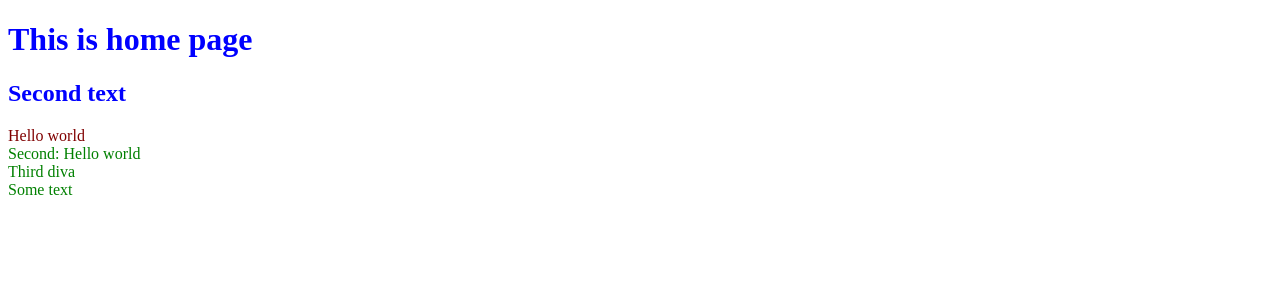
Repository: Vincerenko/Web-site
Page: http://localhost/index
An editor plug-in stored every save of this project. The page is shown before and after the next save, followed by the edit.
The browser window is 1280 px wide. The pictures show the whole page.
The page is this project's Thymeleaf template; nobody is signed in. The template is opened directly, without the code that normally fills it, so the values that code supplies are empty.

Above is the page before, as saved 2021-03-12 18:30:25.

### ckj_13_mvc/src/main/resources/templates/index.html
<!DOCTYPE html>
<html>
<head>
<meta charset="UTF-8">
<title>Home page</title>
</head>
	<style>
h1,h2 {
	color: blue;
	}
#first {
color:maroon;
}

.green_text{
 	color:green;
}
.big_text{
font-size: 30px;
}
	</style>
<body>
	<div>
		<h1>This is home page</h1>
		<h2>Second text</h2>
		<div id="first">Hello world</div>
		<div class="green_text" "big_text">Second: Hello world</div>
		<div class="green_text">Third diva</div>
		<span class="green_text">Some text</span>
	</div>
</body>
</html>

After the next save:
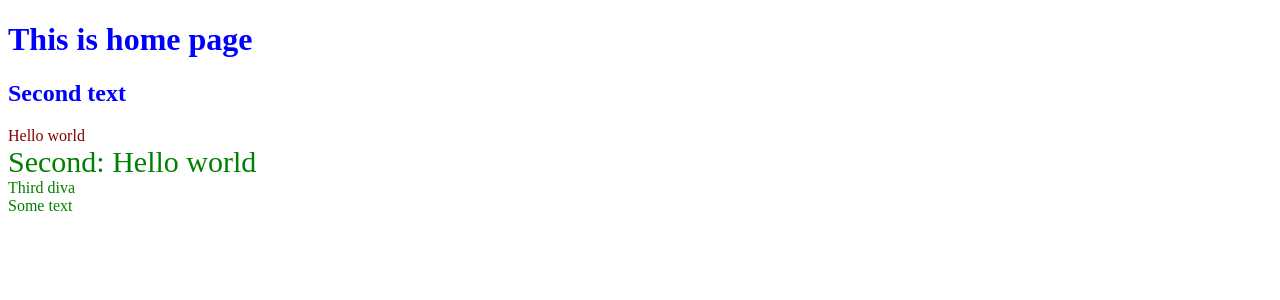
Saved 28 s later.
--- a/ckj_13_mvc/src/main/resources/templates/index.html
+++ b/ckj_13_mvc/src/main/resources/templates/index.html
@@ -24,7 +24,7 @@ font-size: 30px;
 		<h1>This is home page</h1>
 		<h2>Second text</h2>
 		<div id="first">Hello world</div>
-		<div class="green_text" "big_text">Second: Hello world</div>
+		<div class="green_text big_text">Second: Hello world</div>
 		<div class="green_text">Third diva</div>
 		<span class="green_text">Some text</span>
 	</div>
